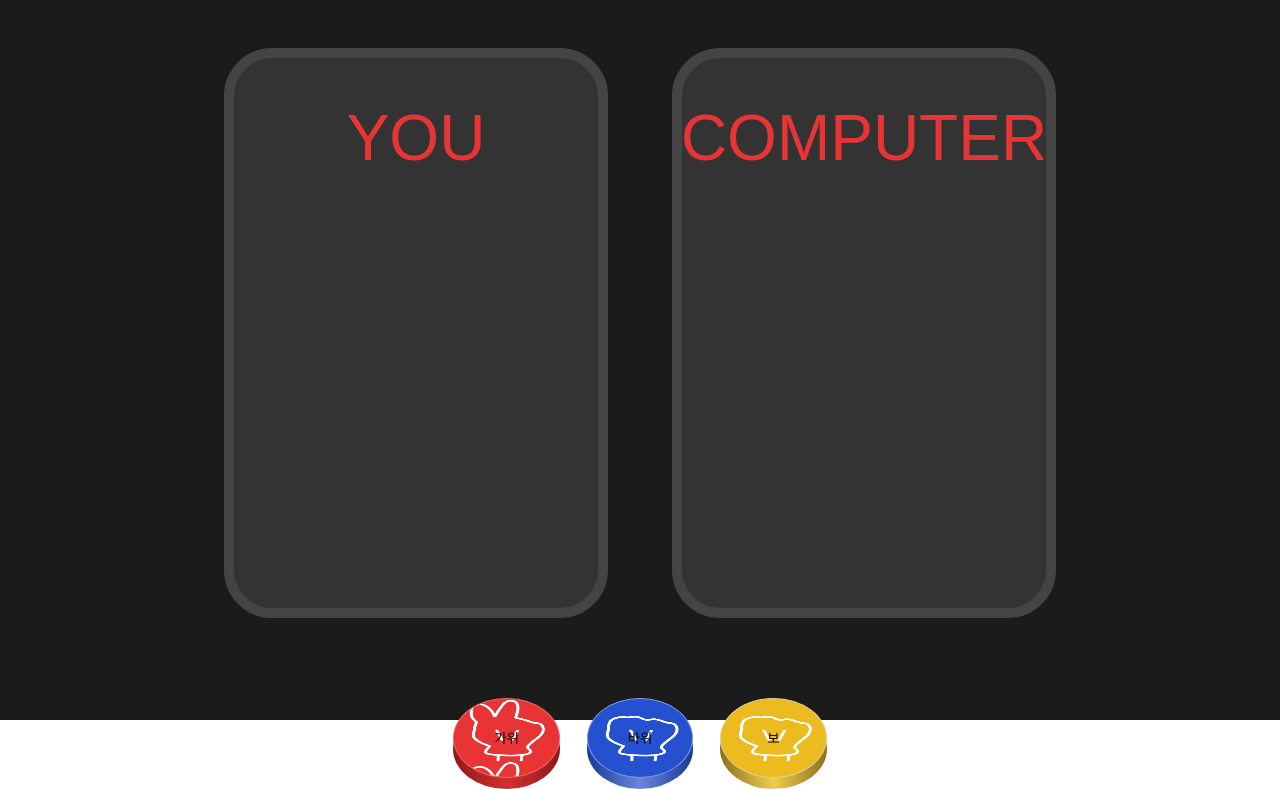
Repository: KIMMIHYE12/classComponent
Page: /
An editor plug-in stored every save of this project. The page is shown before and after the next save, followed by the edit.
The browser window is 1280 px wide. The pictures show the whole page.
Some web fonts or font styles are not loaded; a fallback is used. The project was rebuilt for these pictures with package versions that can differ from the ones it lists, and the page was loaded fresh each time.

Above is the page before, as saved 2024-03-19 23:50:36.

### src/App.js
import { object } from "prop-types";
import { useState } from "react";
import "./App.css";
import { Box } from "./component/Box";

const choice = {
  scissors: {
    name: "Scissors",
    img: "/images/scissors.png",
    describe: "가위 이미지",
  },
  rock: {
    name: "Rock",
    img: "/images/rock.png",
    describe: "바위 이미지",
  },
  paper: {
    name: "Paper",
    img: "/images/paper.png",
    describe: "보 이미지",
  },
};

function App() {
  const [userSelect, setUserSelect] = useState(null);
  const [computerSelect, setComputerSelect] = useState(null);
  const [result, setResult] = useState("");

  const play = (userChoice) => {
    setUserSelect(choice[userChoice]);
    let computerChoice = remdomChoice();
    setComputerSelect(computerChoice);
    setResult(judgement(choice[userChoice], computerChoice));
  };

  const remdomChoice = () => {
    let itemArray = Object.keys(choice);
    let randomItem = Math.floor(Math.random() * itemArray.length);
    let final = itemArray[randomItem];
    return choice[final];
  };

  const judgement = (user, computer) => {
    if (user.name == computer.name) {
      return "Tie";
    } else if (user.name == "Scissors")
      return computer.name == "Paper" ? "Win" : "Lose";
    else if (user.name == "Rock")
      return computer.name == "Scissors" ? "Win" : "Lose";
    else if (user.name == "Paper")
      return computer.name == "Rock" ? "Win" : "Lose";
  };

  return (
    <div className='content'>
      <div className='game_screen'>
        <Box title='YOU' item={userSelect} result={result} />
        <Box title='COMPUTER' item={computerSelect} result={result} />
      </div>
      <div className='btn_wrap'>
        <button
          className='scissors'
          onClick={() => {
            play("scissors");
          }}
        >
          가위
        </button>
        <button
          className='rock'
          onClick={() => {
            play("rock");
          }}
        >
          바위
        </button>
        <button
          className='paper'
          onClick={() => {
            play("paper");
          }}
        >
          보
        </button>
      </div>
    </div>
  );
}

export default App;

### src/App.css
@import url("https://use.typekit.net/ebb2deg.css");

@font-face {
  font-family: "GmarketSansMedium";
  src: url("https://cdn.jsdelivr.net/gh/projectnoonnu/noonfonts_2001@1.1/GmarketSansMedium.woff")
    format("woff");
  font-weight: normal;
  font-style: normal;
}

* {
  box-sizing: border-box;
}

.content {
  height: 100vh;
  padding: 3em 0;
  background-color: #1b1b1b;
}

.game_screen {
  width: 100%;
  display: flex;
  justify-content: center;
}

.box {
  width: 30%;
  display: flex;
  flex-direction: column;
  align-items: center;
  margin: 0 2em;
  border: 10px solid #444;
  background: #333;
  border-radius: 3rem;
}

.neon {
  border: 10px solid #fff;
  box-shadow: 0 0 10px #fff, 0 0 10px #fff, 0 0 24px #f5b70c, 0 0 16px #f5b70c,
    0 0 24px #f5b70c, inset 0 0 10px #f5b70c;
}

h1 {
  font-size: 4em;
  color: #e83435;
  font-family: "gloridot", sans-serif;
  font-weight: 400;
  font-style: normal;
}

h2 {
  height: 2em;
  font-size: 2em;
  color: #e83435;
  font-family: "gloridot", sans-serif;
  font-weight: 400;
  font-style: normal;
  letter-spacing: 0.3rem;
}

.img_wrap {
  width: 70%;
  height: 0;
  padding-bottom: 75%;
}

img {
  width: 100%;
}

.btn_wrap {
  position: relative;
  margin-top: 5em;
  display: flex;
  justify-content: center;
  z-index: 1;
}

.btn_wrap button {
  position: relative;
  width: 8em;
  height: 6em;
  margin: 0 1em;
  border-radius: 50%;
  top: 0;
  outline: 0;
  font-family: "GmarketSansMedium";
  background-image: url(/public/images/btn_rock.png);
  background-size: 100% 80%;
}

.btn_wrap button.scissors {
  background-color: #e83435;
  border: 1px solid #ec6666;
  background-image: url(/public/images/btn_scissors.png);
}

.btn_wrap button.rock {
  background-color: #2551d1;
  border: 1px solid #8097dc;
}

.btn_wrap button.paper {
  background-color: #ebbb1f;
  border: 1px solid #dfcf98;
}

.btn_wrap button:before {
  width: 8em;
  height: 6em;
  display: inline-block;
  content: "";
  position: absolute;
  top: 10px;
  left: -1px;
  right: 0;
  background: red;
  border-radius: 50%;
  z-index: -1;
}

.btn_wrap button.scissors:before {
  background: linear-gradient(
    90deg,
    rgba(143, 25, 25, 1) 0%,
    rgba(212, 47, 48, 1) 50%,
    rgba(143, 25, 25, 1) 100%
  );
}

.btn_wrap button.rock:before {
  background: linear-gradient(
    90deg,
    rgba(23, 56, 152, 1) 0%,
    rgba(106, 135, 221, 1) 50%,
    rgba(23, 56, 152, 1) 100%
  );
}

.btn_wrap button.paper:before {
  background: linear-gradient(
    90deg,
    rgba(139, 113, 30, 1) 0%,
    rgba(241, 203, 80, 1) 50%,
    rgba(139, 113, 30, 1) 100%
  );
}

.btn_wrap button:active {
  top: 4px;
}

.btn_wrap button:active:before {
  top: 6px;
}

### src/component/Box.js
import React from "react";

export const Box = (props) => {
  let result;
  console.log("title", props.title);

  if (
    props.title === "COMPUTER" &&
    props.result !== "Tie" &&
    props.result !== ""
  ) {
    result = props.result == "Win" ? "Lose" : "Win";
  } else {
    result = props.result;
  }

  return (
    <div className={`box ${result == "Lose" || result == "" ? "" : "neon"}`}>
      <h1>{props.title}</h1>
      <div className='img_wrap'>
        <img
          src={props.item && props.item.img}
          alt={props.item && props.item.describe}
        />
      </div>

      <h2>{result}</h2>
    </div>
  );
};

Loaded but not shown: public/index.html (common file); src/index.js (common file); src/index.css (common file); src/reportWebVitals.js (common file)

After the next save:
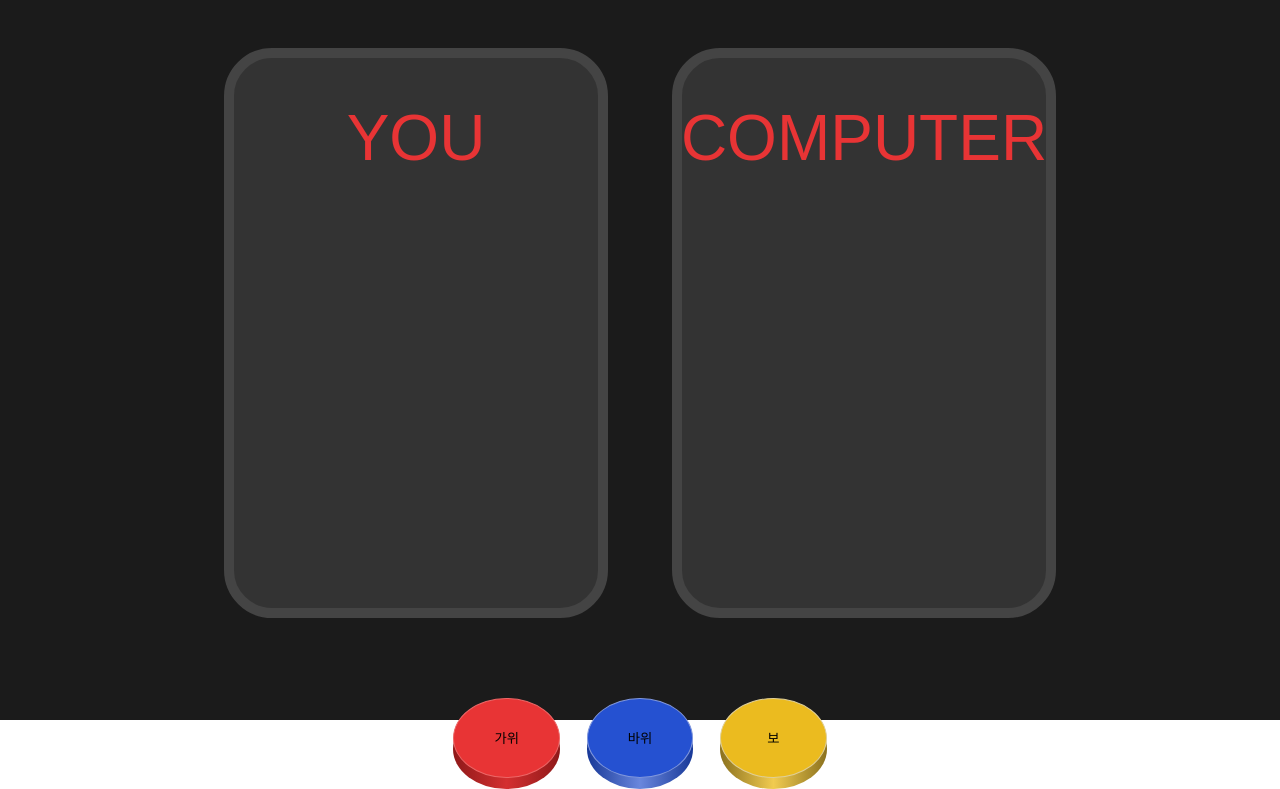
Saved 12 s later.
--- a/src/App.css
+++ b/src/App.css
@@ -86,14 +86,14 @@
   top: 0;
   outline: 0;
   font-family: "GmarketSansMedium";
-  background-image: url(/public/images/btn_rock.png);
+  background-image: url(/public/images/btn_rock.png) no-repeat;
   background-size: 100% 80%;
 }
 
 .btn_wrap button.scissors {
   background-color: #e83435;
   border: 1px solid #ec6666;
-  background-image: url(/public/images/btn_scissors.png);
+  background-image: url(/public/images/btn_scissors.png) no-repeat;
 }
 
 .btn_wrap button.rock {

After the save that followed:
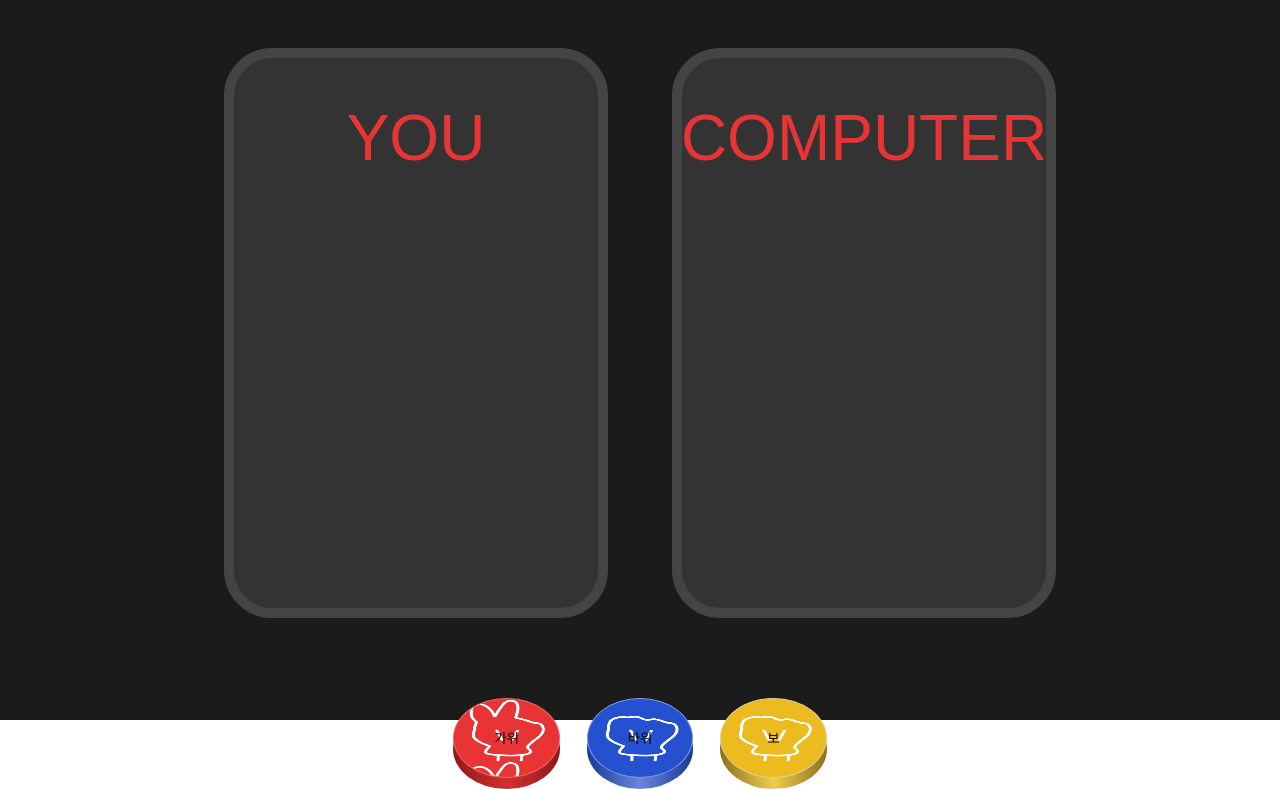
Saved 25 s later.
--- a/src/App.css
+++ b/src/App.css
@@ -86,14 +86,15 @@
   top: 0;
   outline: 0;
   font-family: "GmarketSansMedium";
-  background-image: url(/public/images/btn_rock.png) no-repeat;
+  background-image: url(/public/images/btn_rock.png);
+  background-repeat: unset;
   background-size: 100% 80%;
 }
 
 .btn_wrap button.scissors {
   background-color: #e83435;
   border: 1px solid #ec6666;
-  background-image: url(/public/images/btn_scissors.png) no-repeat;
+  background-image: url(/public/images/btn_scissors.png);
 }
 
 .btn_wrap button.rock {
